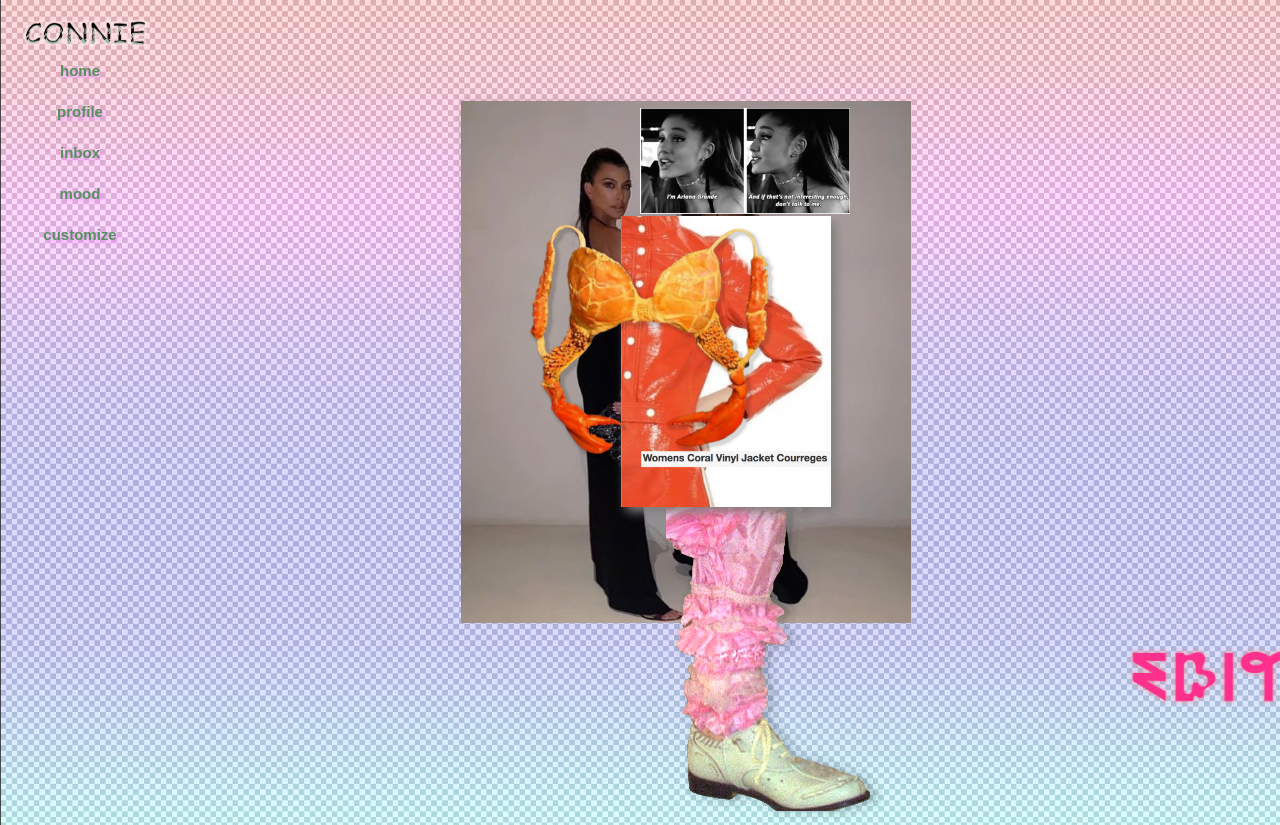
Repository: xuc009/xuc009.github.io
Page: track12/index.html
An editor plug-in stored every save of this project. The page is shown before and after a run of saves, followed by the edit.
The browser window is 1280 px wide. The pictures show the whole page.
Some web fonts or font styles are not loaded; a fallback is used. Some web libraries are served in a nearby version.

Above is the page before, as saved 2018-12-08 16:53:49.

After the next 2 saves:
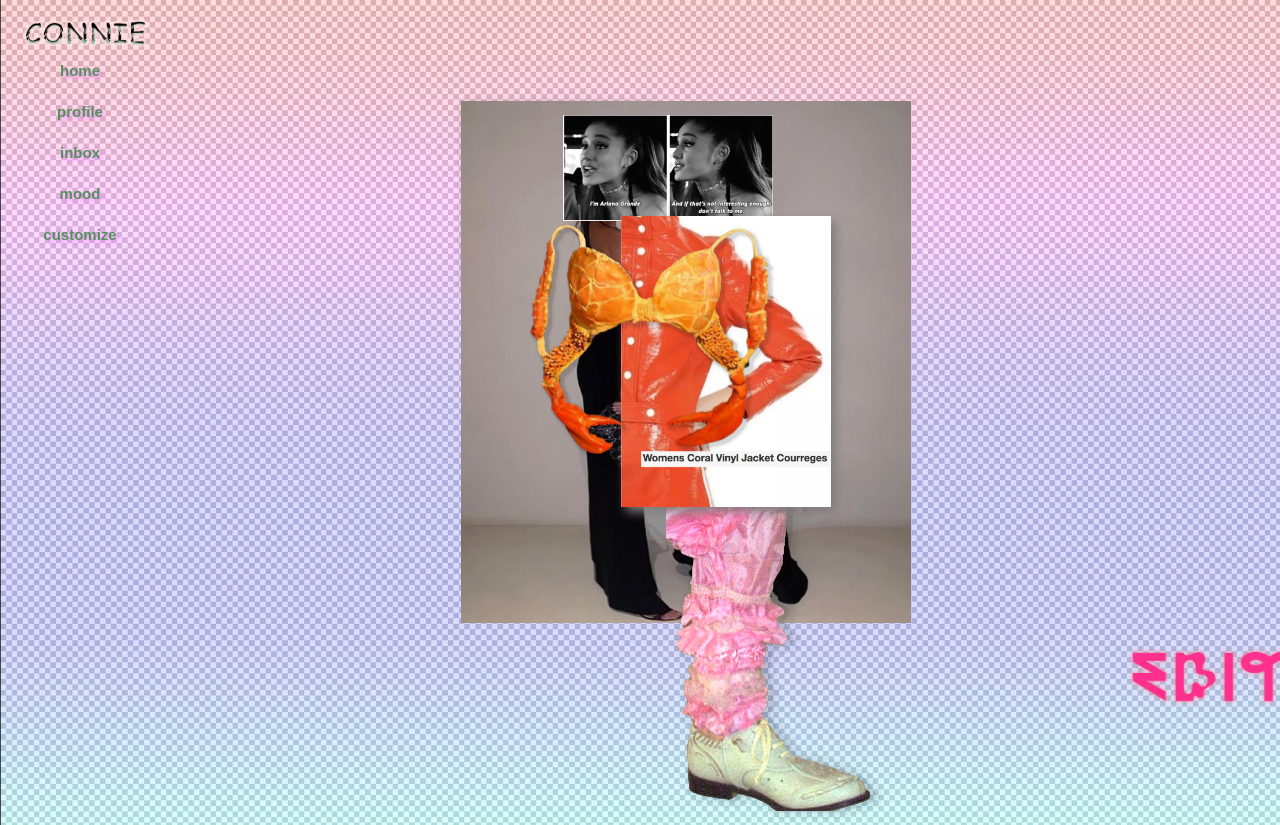
The 2 saves are shown as one change because they came seconds apart.
The last was saved 11 s later.
--- a/track12/assets/css/styles.css
+++ b/track12/assets/css/styles.css
@@ -62,8 +62,8 @@
     border: none;
     box-shadow: 5px 5px 10px #807d7d;
     position: absolute;
-    top: 15%;
-    left: 50%;
+    top: 16%;
+    left: 44%;
     cursor: move;
 }
 
